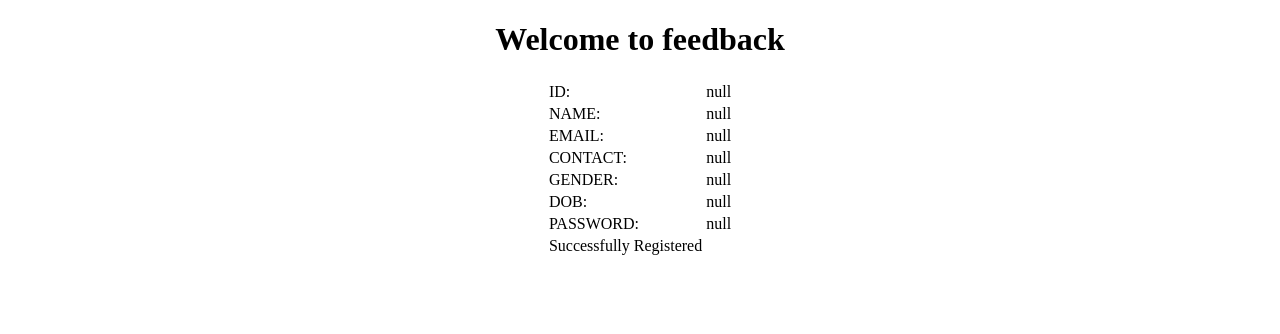
Repository: duttasoumo/Java-Codes
Page: http://localhost/Test1/feedback.jsp
An editor plug-in stored every save of this project. The page is shown before and after the next save, followed by the edit.
The browser window is 1280 px wide. The pictures show the whole page.
The page is served by Tomcat 9.

Above is the page before, as saved 2017-01-07 09:13:18.

After the next save:
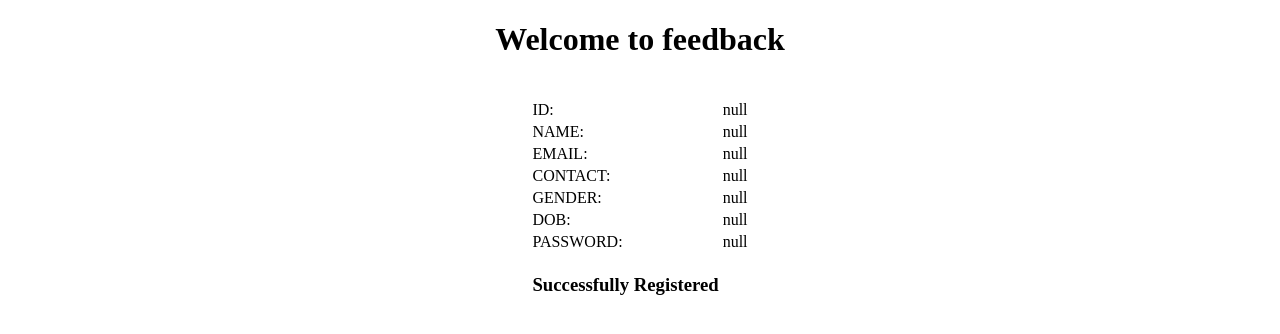
Saved 75 s later.
--- a/CloudC_JEE/Test1/WebContent/feedback.jsp
+++ b/CloudC_JEE/Test1/WebContent/feedback.jsp
@@ -38,7 +38,8 @@
 			<td><%=session.getAttribute("pwd")%></td>
 		</tr>
 		<tr>
-			<td>Successfully Registered</td>
+		<br/>
+			<td><h3>Successfully Registered</h3></td>
 		</tr>
 	</table>
 </body>
